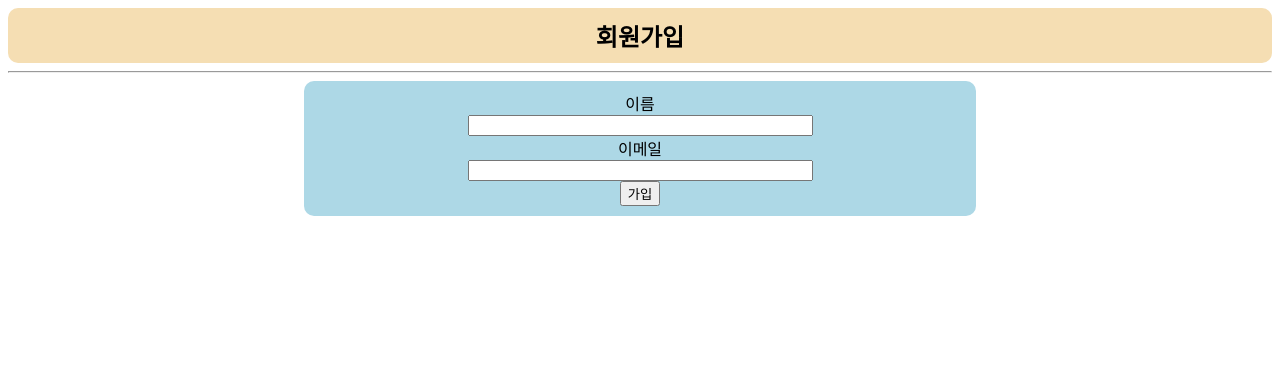
Repository: ineble/demo1
Page: test/src/main/webapp/ch03/regfrom1.html
An editor plug-in stored every save of this project. The page is shown before and after the next save, followed by the edit.
The browser window is 1280 px wide. The pictures show the whole page.

Above is the page before, as saved 2022-08-03 02:08:20.

After the next save:
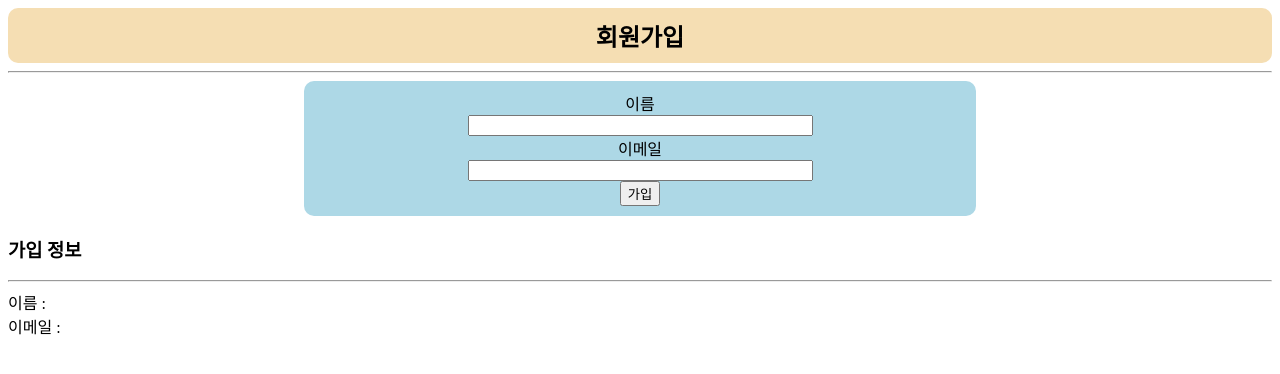
Console error: TypeError: Cannot read properties of null (reading 'style')
Saved 25 s later.
--- a/test/src/main/webapp/ch03/regfrom1.html
+++ b/test/src/main/webapp/ch03/regfrom1.html
@@ -21,6 +21,10 @@
 		border-radius : 10px;
 	}
 </style>
+<script type="text/javascript">
+		document.getElementById("result").style.display = "none";
+	</script>
+
 <script type="text/javascript">
 	function join(){
 		alert("정말로 가입할꺼니?")
@@ -49,9 +53,6 @@
 		이름 : <span id="rname"></span> <br>
 		이메일 : <span id="remail"></span>
 	</div>
-	<script type="text/javascript">
-		document.getElementById("result").style.display = "none";
-	</script>
 
 </body>
 </html>

After the 3 saves that followed:
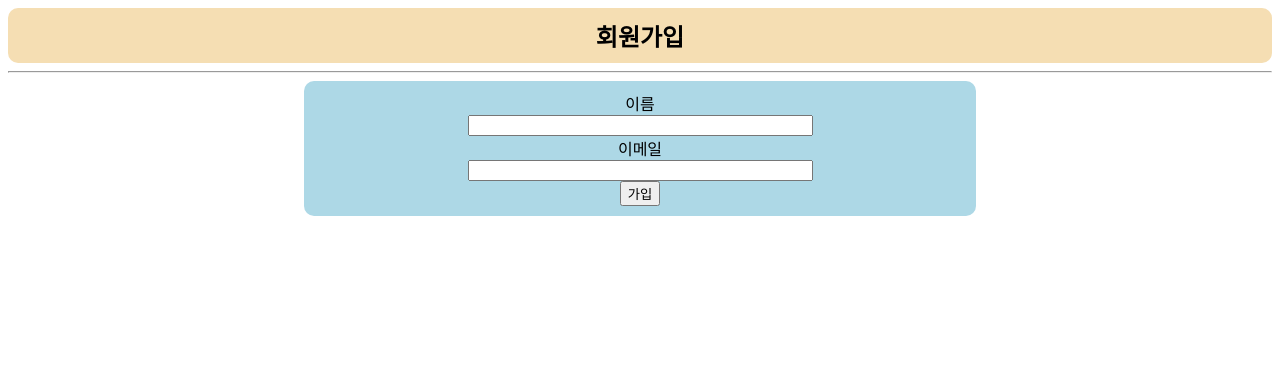
The error is gone.
The 3 saves are shown as one change because 1 left the picture as it was and some came seconds apart.
The last was saved 32 s later.
--- a/test/src/main/webapp/ch03/regfrom1.html
+++ b/test/src/main/webapp/ch03/regfrom1.html
@@ -21,9 +21,7 @@
 		border-radius : 10px;
 	}
 </style>
-<script type="text/javascript">
-		document.getElementById("result").style.display = "none";
-	</script>
+
 
 <script type="text/javascript">
 	function join(){
@@ -53,6 +51,9 @@
 		이름 : <span id="rname"></span> <br>
 		이메일 : <span id="remail"></span>
 	</div>
+<script type="text/javascript">
+		document.getElementById("result").style.display = "none";
+</script>
 
 </body>
 </html>
